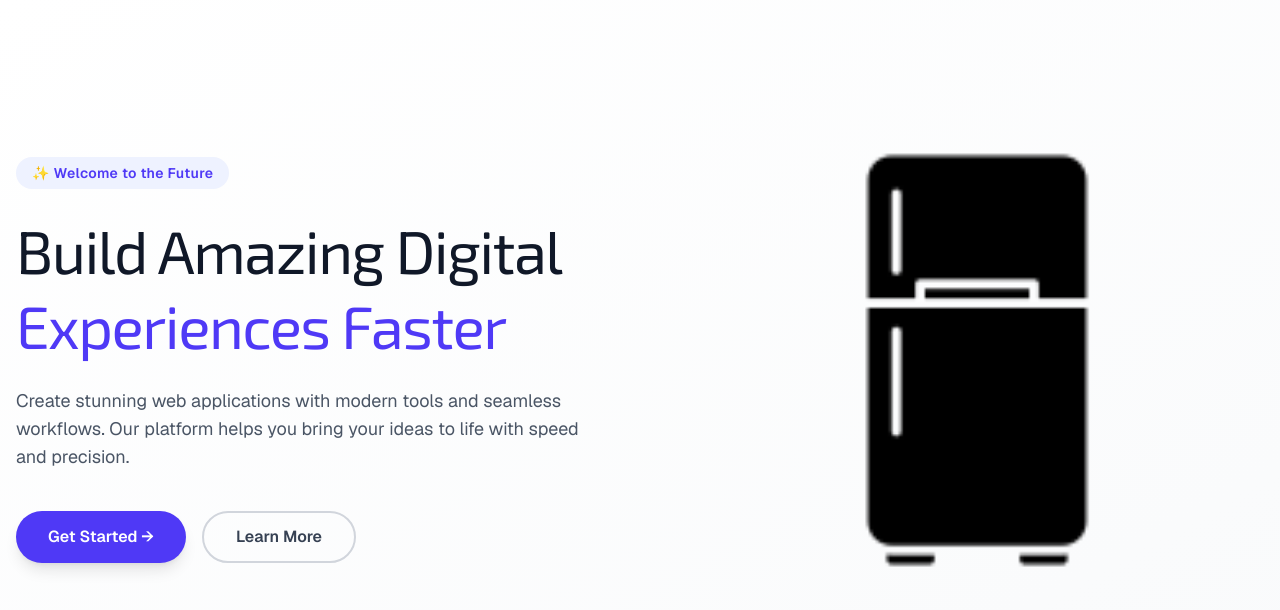
Repository: deepak445566/repai
Page: / (app in repair/)
The author's editor kept a copy of each file at every save. The page is drawn from the files as they stood at one save, then again after a run of saves.
The browser window is 1280 px wide. The pictures show the whole page.
The project was rebuilt for these pictures with package versions that can differ from the ones it lists, and the page was loaded fresh each time. The framework's server and built-in components were replaced by stand-ins that run in the browser. Also part of the build but not shown: repair/next.config.mjs.

Above is the page before, as saved 2026-04-15 12:11:03.

### repair/src/app/layout.js
import { Abril_Fatface, Exo_2, Geist, Geist_Mono } from "next/font/google";
import "./globals.css";

const geistSans = Geist({
  variable: "--font-geist-sans",
  subsets: ["latin"],
});

const geistMono = Geist_Mono({
  variable: "--font-geist-mono",
  subsets: ["latin"],
});
const abril = Abril_Fatface({
  weight: '400',
  subsets: ['latin'],
  variable: '--font-abril',
});

const exo = Exo_2({
  subsets: ['latin'],
  weight: ['400','600','700'],
  variable: '--font-exo',
});

export const metadata = {
  title: "Create Next App",
  description: "Generated by create next app",
};

export default function RootLayout({ children }) {
  return (
    <html
      lang="en"
      className={`${geistSans.variable} ${geistMono.variable} ${abril.variable} ${exo.variable} h-full antialiased`}
    >
      <body className="min-h-full flex flex-col">{children}</body>
    </html>
  );
}

### repair/src/app/page.js
import HeroPage from '@/components/heroPage'
import React from 'react'

function page() {
  return (
   <>
   <HeroPage/>

   </>
  )
}

export default page

### repair/src/app/globals.css
@import "tailwindcss";

:root {
  --background: #ffffff;
  --foreground: #171717;
}

@theme inline {
  --color-background: var(--background);
  --color-foreground: var(--foreground);
  --font-sans: var(--font-geist-sans);
  --font-mono: var(--font-geist-mono);
}

@media (prefers-color-scheme: dark) {
  :root {
    --background: #0a0a0a;
    --foreground: #ededed;
  }
}

body {
  background: var(--background);
  color: var(--foreground);
  font-family: var(--font-parkinsans);
}



.abril {
  font-family: var(--font-abril);
}

.exo {
  font-family: var(--font-exo);
}

### repair/src/components/heroPage.jsx
import Image from 'next/image';

export default function HeroPage() {
  return (
    <div className="min-h-screen bg-gradient-to-br from-white to-gray-50 flex items-center justify-center px-4 py-12 ">
      <div className="max-w-7xl mx-auto w-full">
        <div className="flex flex-col lg:flex-row items-center gap-12 lg:gap-16">

          {/* Left Section - Content */}
          <div className="flex-1 text-center lg:text-left space-y-6">
            <div className="inline-block px-4 py-1.5 rounded-full bg-indigo-50 text-indigo-600 text-sm font-semibold tracking-wide">
              ✨ Welcome to the Future
            </div>

            <h1 className="text-4xl sm:text-5xl lg:text-6xl font-medium tracking-tight text-gray-900 leading-tight exo">
              Build Amazing Digital
              <span className="text-indigo-600 block"> Experiences Faster</span>
            </h1>

            <p className="text-lg text-gray-600 max-w-xl mx-auto lg:mx-0">
              Create stunning web applications with modern tools and seamless workflows.
              Our platform helps you bring your ideas to life with speed and precision.
            </p>

            <div className="flex flex-col sm:flex-row gap-4 justify-center lg:justify-start pt-4">
              <button className="px-8 py-3 rounded-full bg-indigo-600 text-white font-semibold shadow-lg hover:bg-indigo-700 transition-all duration-200 transform hover:scale-105">
                Get Started →
              </button>
              <button className="px-8 py-3 rounded-full border-2 border-gray-300 text-gray-700 font-semibold hover:bg-gray-50 transition-all duration-200">
                Learn More
              </button>
            </div>
          </div>

          {/* Right Section - Image - Fixed */}
          <div className="flex-1 flex justify-center lg:justify-end w-full">
            <div className="relative w-full max-w-sm sm:max-w-md lg:max-w-lg">
              <div className="absolute inset-0 rounded-2xl blur-2xl opacity-60 -z-10"></div>
              <div className="relative rounded-2xl overflow-hidden ">
                {/* Yahan size control karo - Simple way */}
                <div className="relative w-[350px] h-[350px] md:w-[450px] md:h-[550px]">
                  <Image
                    src="/images/image.png"
                    alt="Hero Image"
                    fill
                    className="object-contain p-4"
                    priority
                  />
                </div>
              </div>
            </div>
          </div>
        </div>
      </div>
    </div>
  );
}

After the next 2 saves:
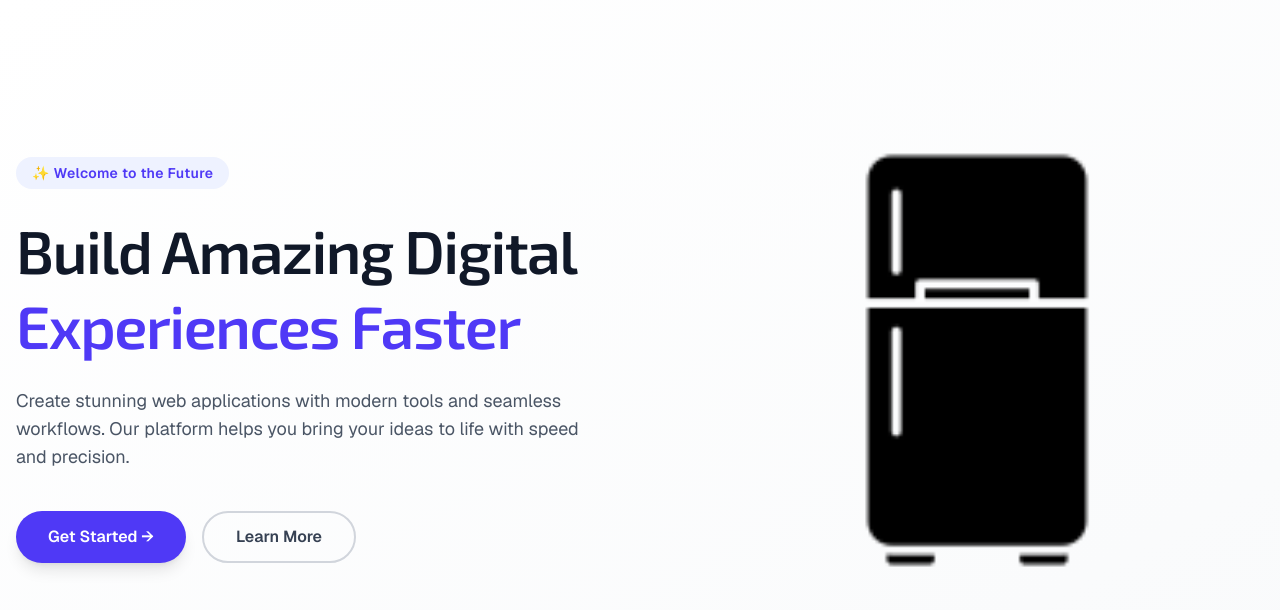
The 2 saves are shown as one change because they came seconds apart.
The last was saved 14 s later.
--- a/repair/src/components/heroPage.jsx
+++ b/repair/src/components/heroPage.jsx
@@ -12,7 +12,7 @@ export default function HeroPage() {
               ✨ Welcome to the Future
             </div>
 
-            <h1 className="text-4xl sm:text-5xl lg:text-6xl font-medium tracking-tight text-gray-900 leading-tight exo">
+            <h1 className="text-4xl sm:text-5xl lg:text-6xl font-semibold tracking-tight text-gray-900 leading-tight exo">
               Build Amazing Digital
               <span className="text-indigo-600 block"> Experiences Faster</span>
             </h1>
